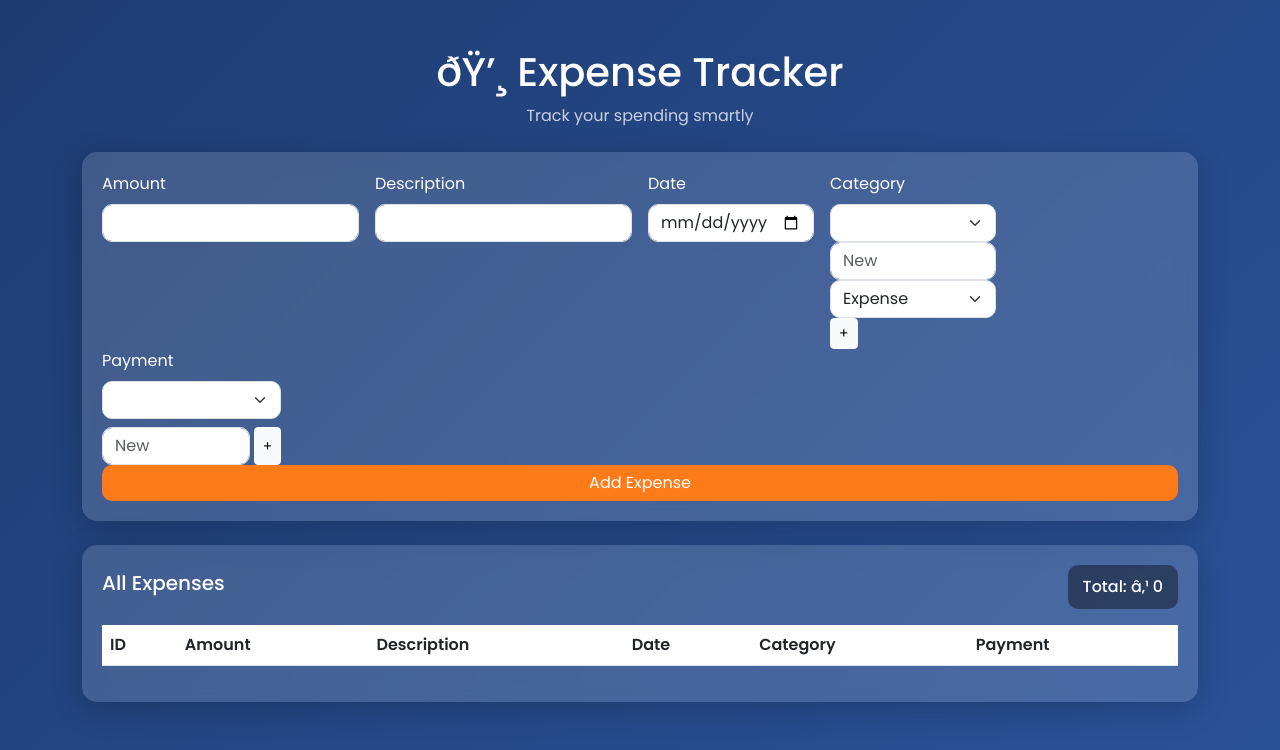
Repository: TejasChoudhary1996/expense-microservices
Page: http://localhost/ui-service/WEB-INF/jsp/home.jsp
These files come from the project's save history. The page is drawn as it stood at one moment and after the next save; the edit follows.
The browser window is 1280 px wide. The pictures show the whole page.
The page is served by Tomcat 10. Nobody is signed in. Other server files are loaded and not shown. The template is opened directly, without the code that normally fills it, so the values that code supplies are empty.

Above is the page before, as saved 2026-03-25 20:52:12.

### ui-service/src/main/webapp/WEB-INF/jsp/home.jsp
<%@ taglib prefix="c" uri="jakarta.tags.core"%>
<!DOCTYPE html>
<html>
<head>
<title>Expense Tracker</title>

<!-- Bootstrap -->
<link
	href="https://cdn.jsdelivr.net/npm/bootstrap@5.3.0/dist/css/bootstrap.min.css"
	rel="stylesheet">

<!-- Font -->
<link
	href="https://fonts.googleapis.com/css2?family=Poppins:wght@300;400;500;600&display=swap"
	rel="stylesheet">

<meta name="viewport" content="width=device-width, initial-scale=1">

<style>
body {
	font-family: 'Poppins', sans-serif;
	background: linear-gradient(135deg, #1e3c72, #2a5298);
	min-height: 100vh;
}

.glass-card {
	background: rgba(255, 255, 255, 0.15);
	border-radius: 15px;
	backdrop-filter: blur(10px);
	padding: 20px;
	color: white;
	box-shadow: 0 8px 32px rgba(0, 0, 0, 0.2);
}

.form-control, .form-select {
	border-radius: 10px;
}

.btn-primary {
	border-radius: 10px;
	background: #ff7a18;
	border: none;
}

.btn-primary:hover {
	background: #ff5e00;
}

table {
	color: white;
}

.table thead {
	background: rgba(0, 0, 0, 0.4);
}

.table tbody tr:hover {
	background: rgba(255, 255, 255, 0.1);
}

.total-box {
	background: rgba(0, 0, 0, 0.4);
	padding: 10px 15px;
	border-radius: 10px;
	font-weight: 500;
}
</style>
</head>

<body>

	<div class="container py-5">

		<!-- Header -->
		<div class="text-center text-white mb-4">
			<h1>💸 Expense Tracker</h1>
			<p class="opacity-75">Track your spending smartly</p>
		</div>

		<!-- Form -->
		<div class="glass-card mb-4">
			<form action="save" method="post" class="row g-3">

				<div class="col-md-3">
					<label class="form-label">Amount</label> <input type="number"
						step="0.01" name="amount" class="form-control" required>
				</div>

				<div class="col-md-3">
					<label class="form-label">Description</label> <input type="text"
						name="description" class="form-control" required>
				</div>

				<div class="col-md-2">
					<label class="form-label">Date</label> <input type="date"
						name="date" class="form-control" required>
				</div>

				<div class="col-md-2">
					<label class="form-label">Category</label> <select name="category"
						class="form-select">
						<c:forEach var="c" items="${categories}">
							<option>${c.name}</option>
						</c:forEach>
					</select>

<form action="addCategory" method="post" class="mt-2 d-flex">

    <input type="text" name="name" placeholder="New" class="form-control me-1"/>

    <select name="type" class="form-select me-1">
        <option value="EXPENSE">Expense</option>
        <option value="INVESTMENT">Investment</option>
    </select>

    <button class="btn btn-sm btn-light">+</button>
</form>
				</div>

				<div class="col-md-2">
					<label class="form-label">Payment</label> <select
						name="paymentMethod" class="form-select">
						<c:forEach var="p" items="${payments}">
							<option>${p.name}</option>
						</c:forEach>
					</select>

					<form action="addPayment" method="post" class="mt-2 d-flex">
						<input type="text" name="name" placeholder="New"
							class="form-control me-1" />
						<button class="btn btn-sm btn-light">+</button>
					</form>
				</div>

				<div class="col-12 d-grid">
					<button type="submit" class="btn btn-primary">Add Expense</button>
				</div>

			</form>
		</div>

		<!-- Expense Table -->
		<div class="glass-card">

			<div class="d-flex justify-content-between align-items-center mb-3">
				<h5>All Expenses</h5>

				<!-- Total -->
				<div class="total-box">
					Total: ₹
					<c:set var="total" value="0" />
					<c:forEach var="e" items="${expenses}">
						<c:set var="total" value="${total + e.amount}" />
					</c:forEach>
					${total}
				</div>
			</div>

			<div class="table-responsive">
				<table class="table align-middle">

					<thead>
						<tr>
							<th>ID</th>
							<th>Amount</th>
							<th>Description</th>
							<th>Date</th>
							<th>Category</th>
							<th>Payment</th>
						</tr>
					</thead>

					<tbody>
						<c:forEach var="e" items="${expenses}">
							<tr>
								<td>${e.id}</td>
								<td>₹ ${e.amount}</td>
								<td>${e.description}</td>
								<td>${e.date}</td>
								<td>${e.category}</td>
								<td>${e.paymentMethod}</td>
							</tr>
						</c:forEach>
					</tbody>

				</table>
			</div>

		</div>

	</div>

</body>
</html>

After the next save:
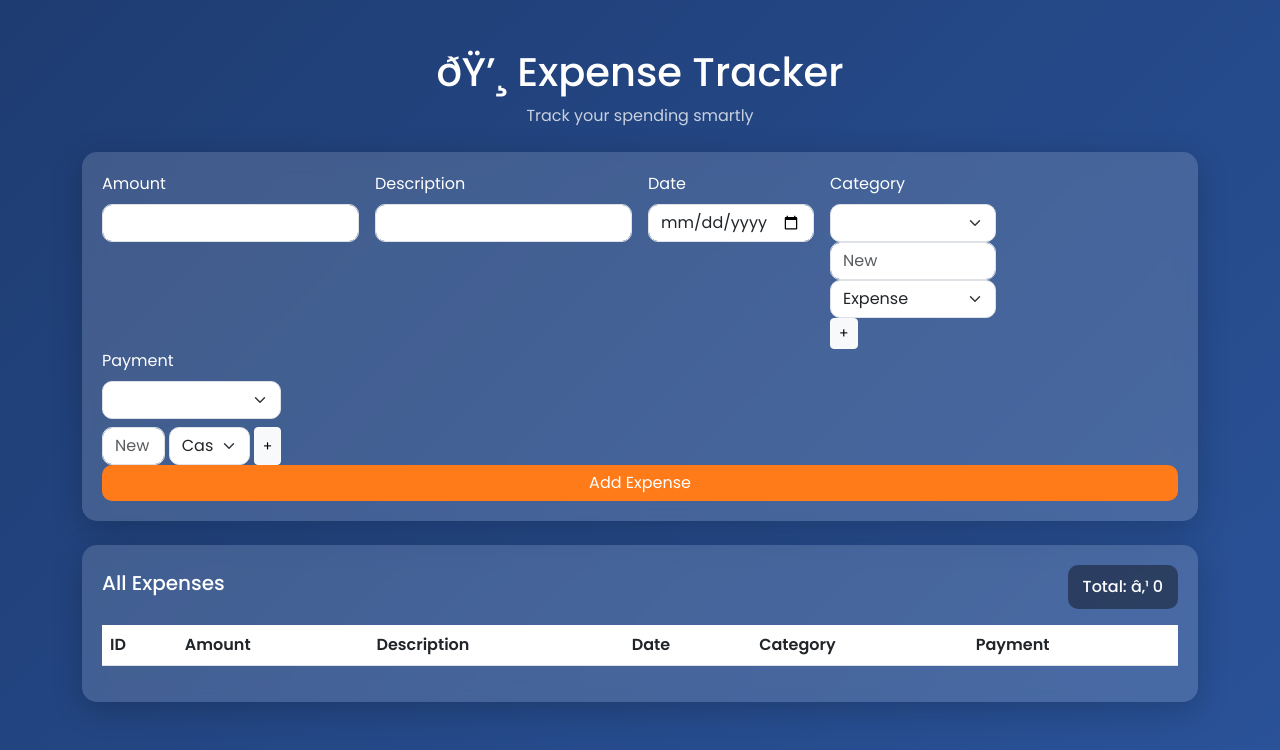
Saved 77 s later.
--- a/ui-service/src/main/webapp/WEB-INF/jsp/home.jsp
+++ b/ui-service/src/main/webapp/WEB-INF/jsp/home.jsp
@@ -125,11 +125,19 @@ table {
 						</c:forEach>
 					</select>
 
-					<form action="addPayment" method="post" class="mt-2 d-flex">
-						<input type="text" name="name" placeholder="New"
-							class="form-control me-1" />
-						<button class="btn btn-sm btn-light">+</button>
-					</form>
+    <form action="addPayment" method="post" class="mt-2 d-flex">
+
+        <input type="text" name="name" placeholder="New" class="form-control me-1"/>
+
+        <select name="type" class="form-select me-1">
+            <option value="CASH">Cash</option>
+            <option value="CREDIT">Credit</option>
+            <option value="DEBIT">Debit</option>
+        </select>
+
+        <button class="btn btn-sm btn-light">+</button>
+    </form>
+
 				</div>
 
 				<div class="col-12 d-grid">
